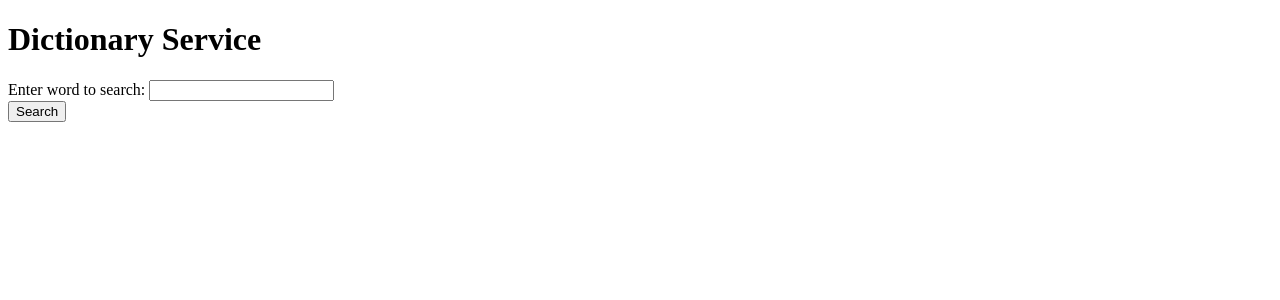
Repository: SnoW246/DS-Asynchronous-RMI-Dictionary-Service
Page: http://localhost/job-server/webApp.jsp
The author's editor kept a copy of each file at every save. The page is drawn from the files as they stood at one save, then again after the next save.
The browser window is 1280 px wide. The pictures show the whole page.
The page is served by Tomcat 9. Other server files are loaded and not shown.

Above is the page before, as saved 2017-12-22 23:07:34.

### job-server/WebContent/webApp.jsp
<%@ page language="java" contentType="text/html; charset=ISO-8859-1"
  pageEncoding="ISO-8859-1"%>
<!DOCTYPE html PUBLIC "-//W3C//DTD HTML 4.01 Transitional//EN" "http://www.w3.org/TR/html4/loose.dtd">
<html>
	<head>
	<meta http-equiv="Content-Type" content="text/html; charset=ISO-8859-1">
	<title>Dictionary</title>
	</head>
	<body>


	<h1 style="Red; Bold">Dictionary Service</h1>
	<form action="lookup" method="post">
	<div class="form-group">
	  <label>Enter word to search:</label>
	  <input type="text" class="form-control" name="word">
	</div>

	<div class="form-group">
	  <button class="btn btn-success" type="submit">Search</button>
	</div>

	</form>

	<div class="alert alert-success">
	   	${messages.description}
	</div>

	</body>
</html>

After the next save:
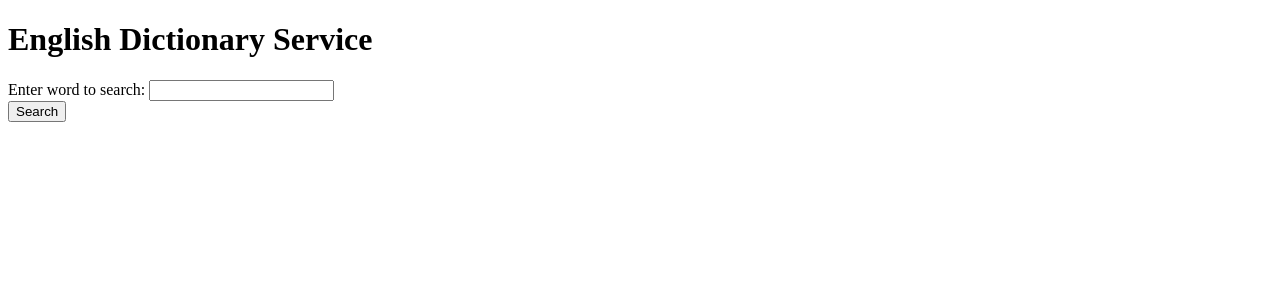
Saved 17 s later.
--- a/job-server/WebContent/webApp.jsp
+++ b/job-server/WebContent/webApp.jsp
@@ -9,7 +9,7 @@
 	<body>
 
 
-	<h1 style="Red; Bold">Dictionary Service</h1>
+	<h1 style="Red; Bold">English Dictionary Service</h1>
 	<form action="lookup" method="post">
 	<div class="form-group">
 	  <label>Enter word to search:</label>
